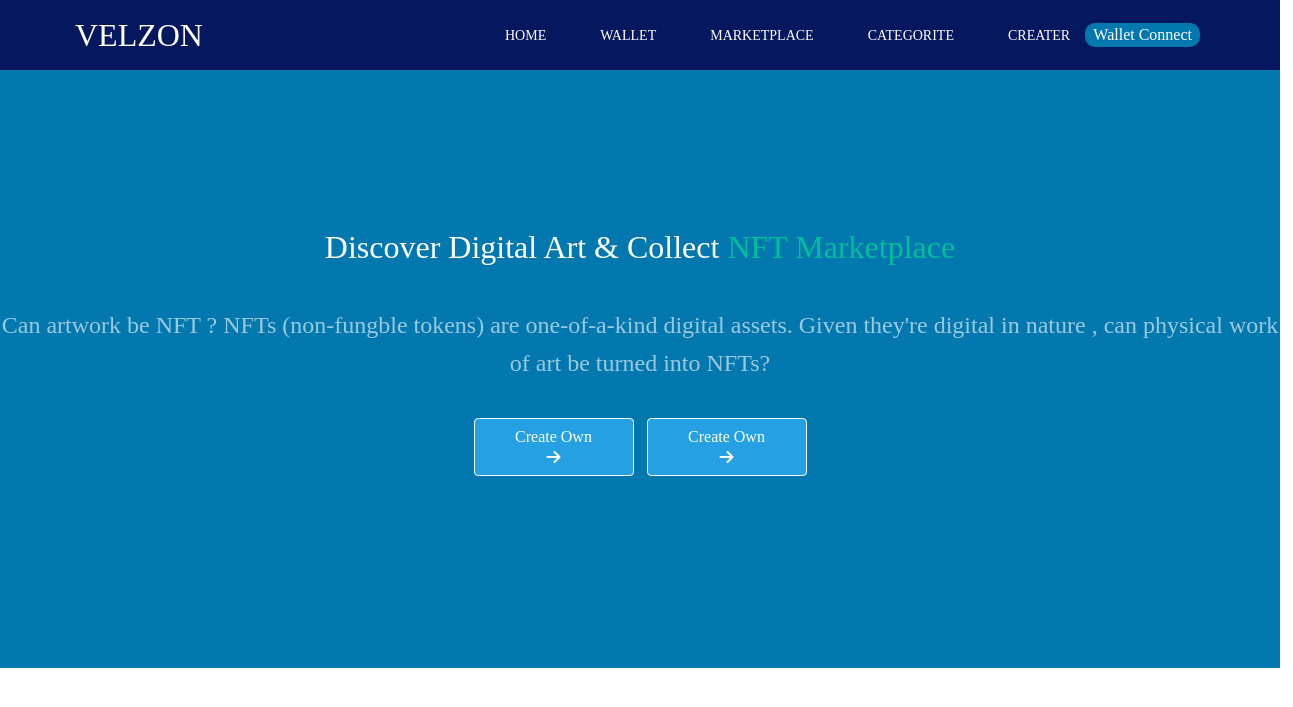
Repository: HuynhDuc23/Webvideodesgin
Page: index.html
An editor plug-in stored every save of this project. The page is shown before and after the next save, followed by the edit.
The browser window is 1280 px wide. The page is 1293 px wide, so the pictures cover 1293 px, including what lies to the right of the window. The pictures show the whole page.
The style sheet was rebuilt from its Sass, Less or Tailwind sources for each picture, by a compiler version that may differ from the author's.

Above is the page before, as saved 2023-04-25 12:33:03.

### index.html
<!DOCTYPE html>
<html lang="en">
<head>
    <meta charset="UTF-8">
    <meta http-equiv="X-UA-Compatible" content="IE=edge">
    <meta name="viewport" content="width=device-width, initial-scale=1.0">
    <link rel="stylesheet" href="https://cdnjs.cloudflare.com/ajax/libs/font-awesome/6.4.0/css/all.min.css" integrity="sha512-iecdLmaskl7CVkqkXNQ/ZH/XLlvWZOJyj7Yy7tcenmpD1ypASozpmT/E0iPtmFIB46ZmdtAc9eNBvH0H/ZpiBw==" crossorigin="anonymous" referrerpolicy="no-referrer" />
    <link rel="stylesheet" href="./reset.css">
    <link rel="stylesheet" href="style.css">
    <title>LoadingPage</title>
</head>
<body>
    <div class="loadingpage">
     <div class="loadingpage__heading">
        <div class="loadingpage__header">
            <div class="loadingpage__left"><h4 class="loadingpage__content">VELZON</h4></div>
            <div class="loaddingpage__right">
                <ul class="loadingpage__list">
                    <li class="loadingpage__items"><h5 class="loadingpage__padding">Home</h5></li>
                    <li class="loadingpage__items"><h5 class="loadingpage__padding">Wallet</h5></li>
                    <li class="loadingpage__items"><h5 class="loadingpage__padding">MarketPlace</h5></li>
                    <li class="loadingpage__items"><h5 class="loadingpage__padding">categorite</h5></li>
                    <li class="loadingpage__items"><h5 class="loadingpage__padding">Creater</h5></li>
                </ul>
            </div>
        </div>
        <div class="loadingpage__mid">
            <div class="loadingpage__mid__content1">
                <h1 class="loadingpage__mid__content">Discover Digital Art
                     & Collect <span>NFT Marketplace</span></h1>
            </div>
            <div class="loadingpage__mid__content2">
                <div class="loadingpage__mid__content2__content">
                    <p class="loadingpage__mid__content2__para">
                        Can artwork be NFT ? NFTs (non-fungble tokens) are one-of-a-kind digital assets. Given they're  digital in nature , can physical work of art be turned into NFTs?
                    </p>
                </div>
                <div class="button__mid">
                    <div class="button">
                        <div class="button__1">Create Own
                         <i class="fa-solid fa-arrow-right"></i>
                        </div>
                     </div>
                     <div class="button">
                         <div class="button__1">Create Own
                          <i class="fa-solid fa-arrow-right"></i>
                         </div>
                      </div>
                </div>
            </div>
        </div>
     </div>
    </div>
</body>
</html>

### style.scss
html {
    box-sizing: border-box;
}
*{
    font-size: 16.5rem;
    font-family: 'Segoe UI', Tahoma, Geneva, Verdana, sans-serif;
}
.loadingpage {
    &__heading {
        width: 100%;
        height: 668px;
      //  background-color: #0278ae;
        background-color:rgb(2,120,174);
    }
    &__header {
        width: 100%;
        height: 70px;
        background-color: #05175f;
        display: flex ;
        justify-content: flex-start;
        align-items: center;
        position: relative;
    }
    &__left {
        padding:  27px 75px;
        cursor: pointer;
    }
    &__content {
        color: white;
        font-weight: 500;
        font-size: 14px;
        line-height: 21px;
        text-transform: uppercase;
        font-size: xx-large;
    }
    &__right {
        margin-left: 200px;
    }
    &__list {
        display: flex;
        align-items: center;
        padding-left: 200px;

        &:before {
            content: "Wallet Connect";
            padding: 4px 8px ;
            top: 50%;
            right: 80px;
            position: absolute;
            color: white;
            transform: translateY(-50%);
            background-color: rgb(2,120,174);
            cursor: pointer;
            border-radius: 10px ;
        }

    }
    &__items {
        padding: 27px;
        &:hover {
            color: #00bd9d;
            cursor: pointer;
        }
    }
    &__padding {
       color: white;
       font-weight: 500;
       font-size: 14px;
       line-height: 21px;
       text-transform: uppercase;
       &:hover {
        color: #00bd9d;
        cursor: pointer;
    }
    }

    &__mid__content1 {
        padding-top: 167px;
        margin-bottom: 45px;
    }
    &__mid__content {
        position: relative;
        left: 50%;
        transform: translateX(-50%);
        color: white;
        font-size: xx-large;
        // text-align: center;
        display: inline-block;
        line-height: 21px;
        &>span {
            display: inline-block;
            color: #00bd9d;
        }
    }
}
.loadingpage__mid__content2 {
     display: inline-block;
     position: relative;
     left: 50%;
     transform: translateX(-50%);
     &__content {
        padding-bottom: 35px;
     }
    &__para {
        color: #ffffff;
        line-height: 1.6;
        text-align: center;
        font-size:x-large;
        opacity: 0.6;

     }
}
.button__mid {
    display: flex;
    justify-content: center;
    align-items: center;
    margin-right: -13px;
}
.button {
    width: 130px;
    height: 40px;
    background-color: #25a0e2;
    margin-right: 13px;
    border: 1px solid white;
    border-radius: 4px;
    position: relative;
    padding: 8px 14px;

    &__1 {
        display: inline-block;
        color:  white;
        text-align: center;
       font-weight: 500;
       line-height: 21.5px;
       position: absolute;
       top: 50%;
       left: 50%;
       transform: translate(-50%,-50%);
    }
}

Loaded but not shown: reset.css (common file)

After the next save:
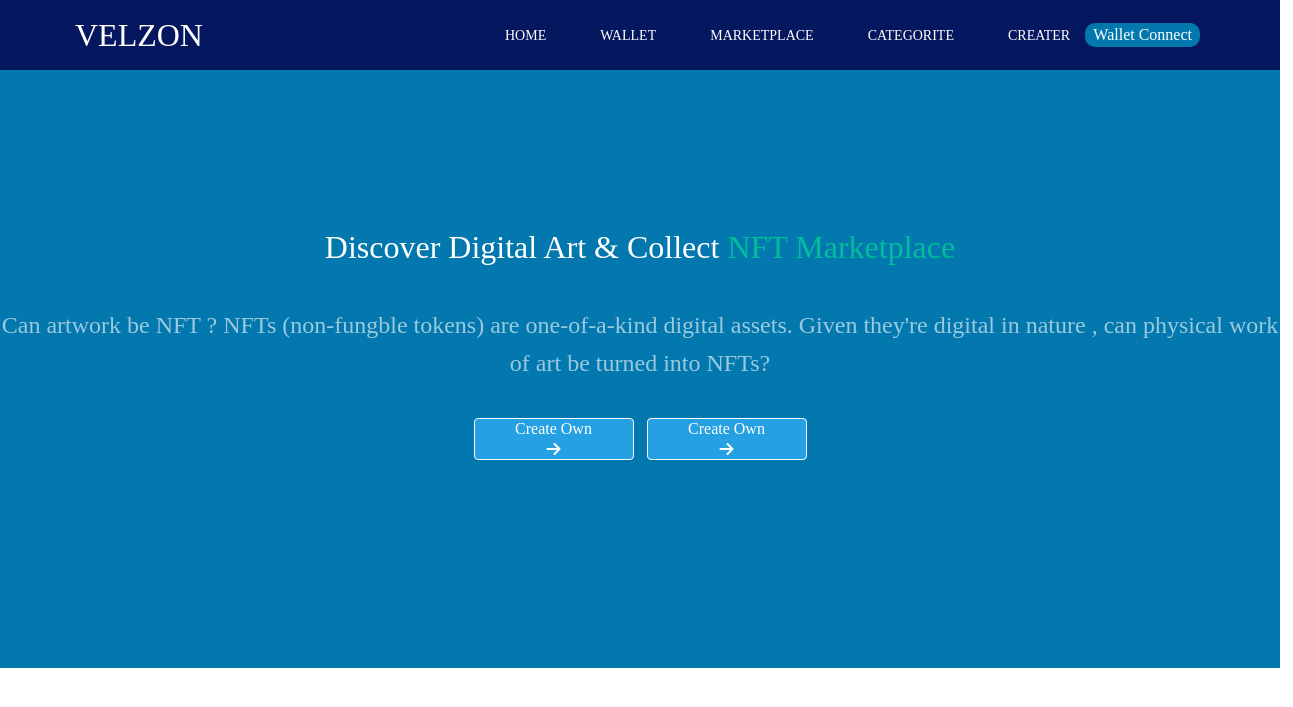
Saved 15 s later.
--- a/style.scss
+++ b/style.scss
@@ -124,7 +124,7 @@ html {
     border: 1px solid white;
     border-radius: 4px;
     position: relative;
-    padding: 8px 14px;
+    padding: 0px 14px;
 
     &__1 {
         display: inline-block;
